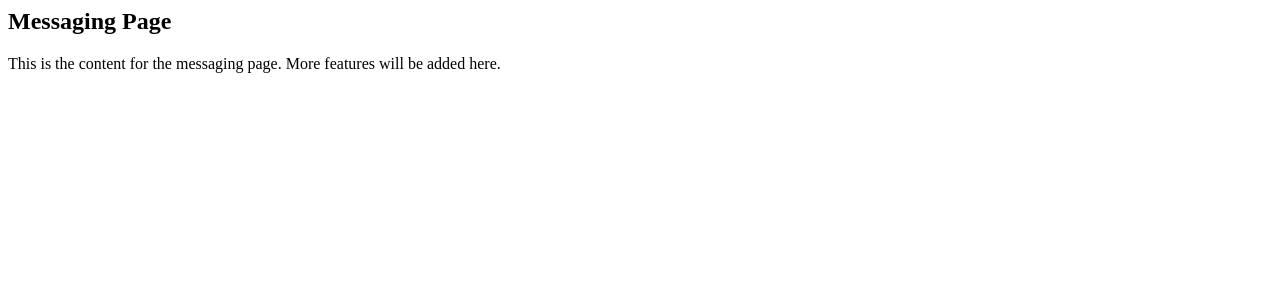
Repository: AdrianLeAsian/InventorySystem
Page: http://localhost/pages/messaging.php
An editor plug-in stored every save of this project. The page is shown before and after the next save, followed by the edit.
The browser window is 1280 px wide. The pictures show the whole page.
The page is run by PHP 8.4 with error messages shown; the project is at /var/www/html/.

Above is the page before, as saved 2025-07-16 10:48:23.

### pages/messaging.php
<div class="page">
    <div class="card">
        <div class="card__header">
            <h2 class="card__title">Messaging Page</h2>
        </div>
        <div class="card__body">
            <p>This is the content for the messaging page. More features will be added here.</p>
        </div>
    </div>
</div>

After the next save:
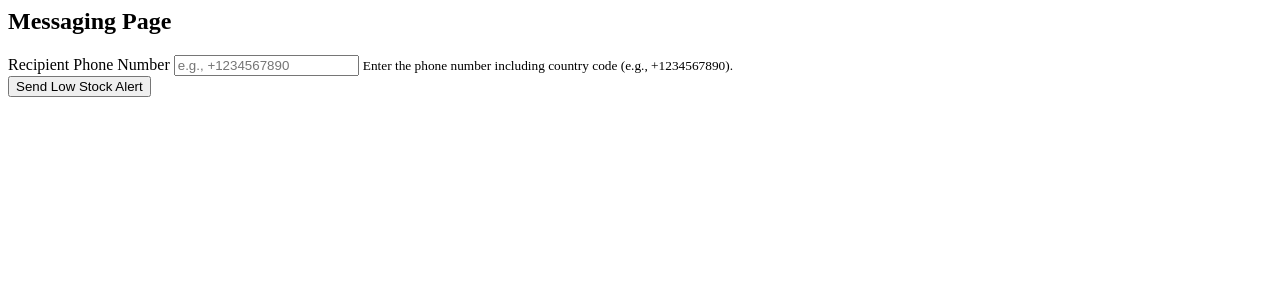
Saved 39 min 2 s later.
--- a/pages/messaging.php
+++ b/pages/messaging.php
@@ -4,7 +4,15 @@
             <h2 class="card__title">Messaging Page</h2>
         </div>
         <div class="card__body">
-            <p>This is the content for the messaging page. More features will be added here.</p>
+            <div class="form__group">
+                <label class="form__label" for="recipientPhoneNumber">Recipient Phone Number</label>
+                <input type="tel" id="recipientPhoneNumber" class="form__input" placeholder="e.g., +1234567890" pattern="^\+?[0-9]{10,15}$" required>
+                <small class="form__text-muted">Enter the phone number including country code (e.g., +1234567890).</small>
+            </div>
+            <div class="d-flex justify-content-end mt-4">
+                <button type="button" id="sendLowStockSmsBtn" class="btn btn--primary">Send Low Stock Alert</button>
+            </div>
+            <div id="smsStatusMessage" class="mt-3" style="display: none;"></div>
         </div>
     </div>
 </div>
